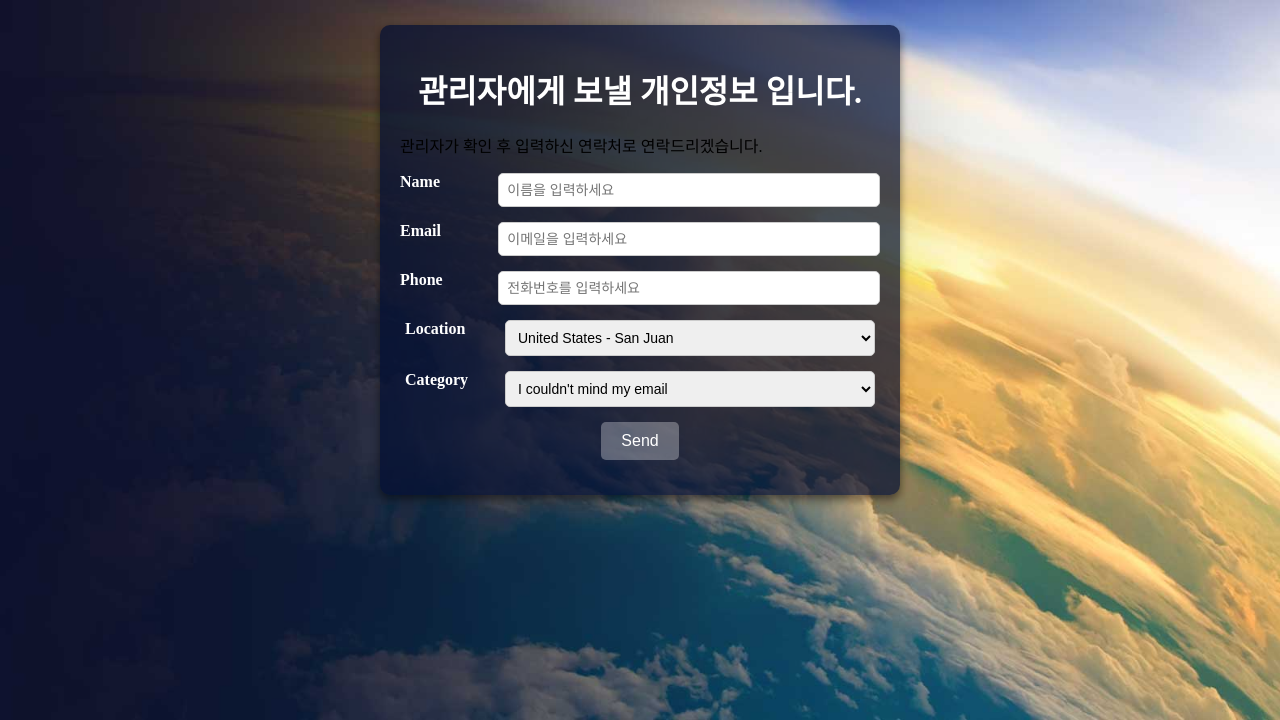
Repository: leeboseok/proposal-board
Page: http://localhost/ProposalSys/admincontact.jsp
An editor plug-in stored every save of this project. The page is shown before and after the next save, followed by the edit.
The browser window is 1280 px wide. The pictures show the whole page.
The page is served by Tomcat 9. Other server files are loaded and not shown.

Above is the page before, as saved 2024-08-09 04:51:00.

### ProposalSys/src/main/webapp/admincontact.jsp
<%@ page language="java" contentType="text/html; charset=UTF-8"
    pageEncoding="UTF-8"%>
<!DOCTYPE html>
<html>
	<head>
		<meta charset="UTF-8">
		<title>관리자 컨택</title>
		<link rel="stylesheet" href="css/admincontact.css">
		<style>
		</style>
	</head>
	<body>
		<div id="wrap">
			<h1>관리자에게 보낼 개인정보 입니다.</h1>
			<p>관리자가 확인 후 입력하신 연락처로 연락드리겠습니다.</p>
			<form class="form" method="get" action="admincontactprogress.jsp">
				<div>
					<span>Name</span>
					<input type="text" name="name" placeholder="이름을 입력하세요" required>
				</div>
				<div>
					<span>Email</span>
					<input type="email" name="email" placeholder="이메일을 입력하세요" required>
				</div>
				<div>
					<span>Phone</span>
					<input type="text" name="phone" placeholder="전화번호를 입력하세요">
				</div>
				<div>
					<span>Location</span>
					<select name="location">
                        <option value="United States - San Juan">United States - San Juan</option>
                        <option value="United States - California-Walnut Creek">United States - California-Walnut Creek</option>
                        <option value="United States - California-Woodlang Hills">United States - California-Woodlang Hills</option>
                        <option value="United States - Colorado-Denver">United States - Colorado-Denver</option>
                        <option value="United States - Connecticut-Burlington">United States - Connecticut-Burlington</option>
                        <option value="United States - Connecticut-Coventry">United States - Connecticut-Coventry</option>
                        <option value="United States - Connecticut-Newington">United States - Connecticut-Newington</option>
                        <option value="United States - Connecticut-Norwalk">United States - Connecticut-Norwalk</option>
                        <option value="United States - Georgia-Alpharetta">United States - Georgia-Alpharetta</option>
                        <option value="United States - Georgia-Rome">United States - Georgia-Rome</option>
                        <option value="United States - Illinois-Park Ridge">United States - Illinois-Park Ridge</option>
                        <option value="United States - Illinois-Peoria">United States - Illinois-Peoria</option>
                        <option value="United States - Indiana-Indianapolis">United States - Indiana-Indianapolis</option>
                        <option value="United States - Indiana-Merrillville">United States - Indiana-Merrillville</option>
                        <option value="United States - Indiana-South Bend">United States - Indiana-South Bend</option>
                        <option value="United States - lowa-Cedar Rapids">United States - lowa-Cedar Rapids</option>
                        <option value="United States - lowa-Davenport">United States - lowa-Davenport</option>
                        <option value="United States - lowa-Des Moines">United States - lowa-Des Moines</option>
                        <option value="United States - lowa-Sioux City">United States - lowa-Sioux City</option>
                        <option value="United states - Kansas-Topeka">United states - Kansas-Topeka</option>
                        <option value="United States - Kansas-Wichita">United States - Kansas-Wichita</option>
                        <option value="United States - Kentucky-Louisville">United States - Kentucky-Louisville</option>
                        <option value="United States - Maryland-Frederick">United States - Maryland-Frederick</option>
                        <option value="United States - Maryland-Gaithersburg">United States - Maryland-Gaithersburg</option>
                        <option value="United States - Massachusetts-Boston">United States - Massachusetts-Boston</option>
                        <option value="United States - Massachusetts-Norwood">United States - Massachusetts-Norwood</option>
                        <option value="United States - Massachusetts-Wakefield">United States - Massachusetts-Wakefield</option>
                        <option value="United States - Massachusetts-Waltham">United States - Massachusetts-Waltham</option>
                        <option value="United States - Michigan-Detroit">United States - Michigan-Detroit</option>
                        <option value="United States - Michigan-Grand Rapids">United States - Michigan-Grand Rapids</option>
                        <option value="United States - Michigan-Lansing">United States - Michigan-Lansing</option>
                        <option value="United States - Minnesota-Plymouth">United States - Minnesota-Plymouth</option>
                        <option value="United States - Missouri-Creve Coeur">United States - Missouri-Creve Coeur</option>
                        <option value="United States - Missouri-Kansas City">United States - Missouri-Kansas City</option>
                        <option value="United States - Missouri-St.Louis">United States - Missouri-St.Louis</option>
                        <option value="United States - Nebraska-Omaha">United States - Nebraska-Omaha</option>
                        <option value="United States - New Hampshire-Portsmouth">United States - New Hampshire-Portsmouth</option>
                        <option value="United States - New Jersey-Parsippany">United States - New Jersey-Parsippany</option>
                        <option value="United States - New York-Albany">United States - New York-Albany</option>
                        <option value="United States - New York-Rochester">United States - New York-Rochester</option>
                        <option value="United States - Ohio-Cincinnati">United States - Ohio-Cincinnati</option>
                        <option value="United States - Ohio-Cleveland">United States - Ohio-Cleveland</option>
                        <option value="United States - Ohio-North Olmsted">United States - Ohio-North Olmsted</option>
                        <option value="United States - Ohio-Toledo">United States - Ohio-Toledo</option>
                        <option value="United States - Oregon-Portland">United States - Oregon-Portland</option>
                        <option value="United States - Pennsylvania-Harrisburg">United States - Pennsylvania-Harrisburg</option>
                        <option value="United States - Pennsylvania-Malvern">United States - Pennsylvania-Malvern</option>
                        <option value="United States - Pennsylvania-York">United States - Pennsylvania-York</option>
                        <option value="United States - Rhode Island-Providence">United States - Rhode Island-Providence</option>
                        <option value="United States - Rhode Island-West Glocester">United States - Rhode Island-West Glocester</option>
                        <option value="United States - South Dakota-Sioux Falls">United States - South Dakota-Sioux Falls</option>
                        <option value="United States - Texas-Frisco">United States - Texas-Frisco</option>
                        <option value="United States - Houston">United States - Houston</option>
                        <option value="United States - Virginia-Reston">United States - Virginia-Reston</option>
                        <option value="United States - Virginia-Roanoke">United States - Virginia-Roanoke</option>
                        <option value="United States - Washington-Bellevue">United States - Washington-Bellevue</option>
                        <option value="United States - Wisconsin-Green Bay">United States - Wisconsin-Green Bay</option>
                        <option value="United States - Wisconsin-Madison">United States - Wisconsin-Madison</option>
                        <option value="United States - Wisconsin-Milwaukee">United States - Wisconsin-Milwaukee</option>
                        <option value="Argentina">Argentina</option>
                        <option value="Australia-New South Wales-Sydney">Australia-New South Wales-Sydney</option>
                        <option value="Australia-Queensland-Brisbane">Australia-Queensland-Brisbane</option>
                        <option value="Australia-Victoria-Melbourne">Australia-Victoria-Melbourne</option>
                        <option value="Austria">Austria</option>
                        <option value="Belgium-Brussels">Belgium-Brussels</option>
                        <option value="Belgium-Debroux">Belgium-Debroux</option>
                        <option value="Belgium-Brussels-Capital Region-Brussels">Belgium-Brussels-Capital Region-Brussels</option>
                        <option value="Brazil-Sao Paulo-Sao Paulo">Brazil-Sao Paulo-Sao Paulo</option>
                        <option value="Brazil-Sao Paulo-Vila Olimpia">Brazil-Sao Paulo-Vila Olimpia</option>
                        <option value="Canada-Alberta">Canada-Alberta</option>
                        <option value="Canada-British Columbia-Vancouver">Canada-British Columbia-Vancouver</option>
                        <option value="Canada-Manitoba-Winnipeg">Canada-Manitoba-Winnipeg</option>
                        <option value="Canada-Nova Scotia-Halifax">Canada-Nova Scotia-Halifax</option>
                        <option value="Canada-Ontario-Thornhill">Canada-Ontario-Thornhill</option>
                        <option value="Canada-Ontario-Vaughan">Canada-Ontario-Vaughan</option>
                        <option value="Canada-Quebec-Montreal">Canada-Quebec-Montreal</option>
                        <option value="Chile">Chile</option>
                        <option value="Chile-Region Metropolitana de Santiago">Chile-Region Metropolitana de Santiago</option>
                        <option value="China-Beijing">China-Beijing</option>
                        <option value="China-Shanghai">China-Shanghai</option>
                        <option Value="Colombia-Bogota">Colombia-Bogota</option>
                        <option value="Colombia">Colombia</option>
                        <option value="Czech Republic">Czech Republic</option>
                        <option value="Denmark">Denmark</option>
                        <option value="Egypt">Egypt</option>
                        <option value="Finland">Finland</option>
                        <option value="France-Metz-Tessy">France-Metz-Tessy</option>
                        <option value="France-Paris La Defense Cedex">France-Paris La Defense Cedex</option>
                        <option value="France-Paris">France-Paris</option>
                        <option value="France-Haute-Savoie-Mety-Tessy">France-Haute-Savoie-Mety-Tessy</option>
                        <option value="Germany-Frankfurt">Germany-Frankfurt</option>
                        <option value="Hong Kong-Mongkok">Hong Kong-Mongkok</option>
                        <option value="Hungary">Hungary</option>
                        <option value="India-Karnataka-Bangalulu">India-Karnataka-Bangalulu</option>
                        <option value="Ireland">Ireland</option>
                        <option value="Ireland-Dublin">Ireland-Dublin</option>
                        <option value="Italy-Milano">Italy-Milano</option>
                        <option value="Japan-Kanagawa-Yokohama">Japan-Kanagawa-Yokohama</option>
                        <option value="South Korea-Seoul">South Korea-Seoul</option>
                        <option value="Luxembourg">Luxembourg</option>
                        <option value="Malaysia-Kuala Kumpur">Malaysia-Kuala Kumpur</option>
                        <option value="Mexico-Nuevo Leon-Monterrey">Mexico-Nuevo Leon-Monterrey</option>
                        <option value="Mexico-Nuevo Leon-San Pedro">Mexico-Nuevo Leon-San Pedro</option>
                        <option value="Mexico-Nuevo Leon-San Pedro Garza Garcia">Mexico-Nuevo Leon-San Pedro Garza Garcia</option>
                        <option value="Netherlands-Amsterdam">Netherlands-Amsterdam</option>
                        <option value="New Zealand">New Zealand</option>
                        <option value="Philippines-Quezon City,Metro Manilla">Philippines-Quezon City,Metro Manilla</option>
                        <option value="Poland">Poland</option>
                        <option value="Portugal">Portugal</option>
                        <option value="Romania">Romania</option>
                        <option value="Russia-Moscow">Russia-Moscow</option>
                        <option value="Singapore">Singapore</option>
                        <option value="Slovakia">Slovakia</option>
                        <option value="South Africa-Johannesburg">South Africa-Johannesburg</option>
                        <option value="Spain-Madrid">Spain-Madrid</option>
                        <option value="Sweden-Stockholm">Sweden-Stockholm</option>
                        <option value="Switzerland-Bern">Switzerland-Bern</option>
                        <option value="Switzerland">Switzerland</option>
                        <option value="Thailand">Thailand</option>
                        <option value="Turkey-Atasehir">Turkey-Atasehir</option>
                        <option value="United Arab Emirates-Abu Dhabi">United Arab Emirates-Abu Dhabi</option>
                        <option value="United Kingdom-London">United Kingdom-London</option>
                        <option value="United Kingdom-Maidenhead">United Kingdom-Maidenhead</option>
                        <option value="United Kingdom-Manchester">United Kingdom-Manchester</option>
                        <option value="United Kingdom-Windsor and maidenhead-Windsor">United Kingdom-Windsor and maidenhead-Windsor</option>
                        <option value="Vietnam">Vietnam</option>
                    </select>
				</div>
				<div>
	                <span>Category</span>
	                <select name="category" required>
	                    <option value="I couldn't mind my email">I couldn't mind my email</option>
	                    <option value="I forgot my password">I forgot my password</option>
	                    <option value="other">Other</option>
	                </select>
           		</div>
				<div>
					<input type="submit" value="Send">
				</div>
			</form>
		</div>
	</body>
</html>

### ProposalSys/src/main/webapp/css/admincontact.css
@charset "UTF-8";

html, body {
    height: 100%;
    margin: 0;
}
html {
    background-image: url('../images/hero-earth.jpg');
    background-size: cover;
    background-position: center;
    background-repeat: no-repeat;
}

body {
    display: flex;
    justify-content: center;
    align-items: center;
}
#wrap {
    width: 480px;
    padding: 20px;
    background-color: rgba(0,14,51,0.7);
    border-radius: 10px;
    box-shadow: 0 4px 8px rgba(0, 0, 0, 0.5);
    transform: translateY(-100px)
}
#wrap form {
    display: flex;
    flex-direction: column;
}

#wrap form div {
    margin-bottom: 15px;
    display: flex;
    justify-content: center;
}

#wrap form span {
    width: 100px;
    display: inline-block;
    font-weight: bold;
    color: white;
}

#wrap form input[type="text"],
#wrap form input[type="email"],
#wrap form select,
#wrap form textarea {
    padding: 8px;
    width: calc(100% - 110px);
    border: 1px solid #ccc;
    border-radius: 5px;
    font-size: 14px;
}

#wrap form textarea {
    resize: vertical;
}

#wrap form input[type="submit"] {
    background-color:rgba(255, 255, 255, 0.3);
    color: white;
    border: none;
    padding: 10px 20px;
    cursor: pointer;
    border-radius: 5px;
    font-size: 16px;
}

#wrap form input[type="submit"]:hover {
    background-color:rgba(255, 255, 255, 0.5);
}
h1{
	text-align:center;
	color:white;
	font-weight:bold;
}

After the next save:
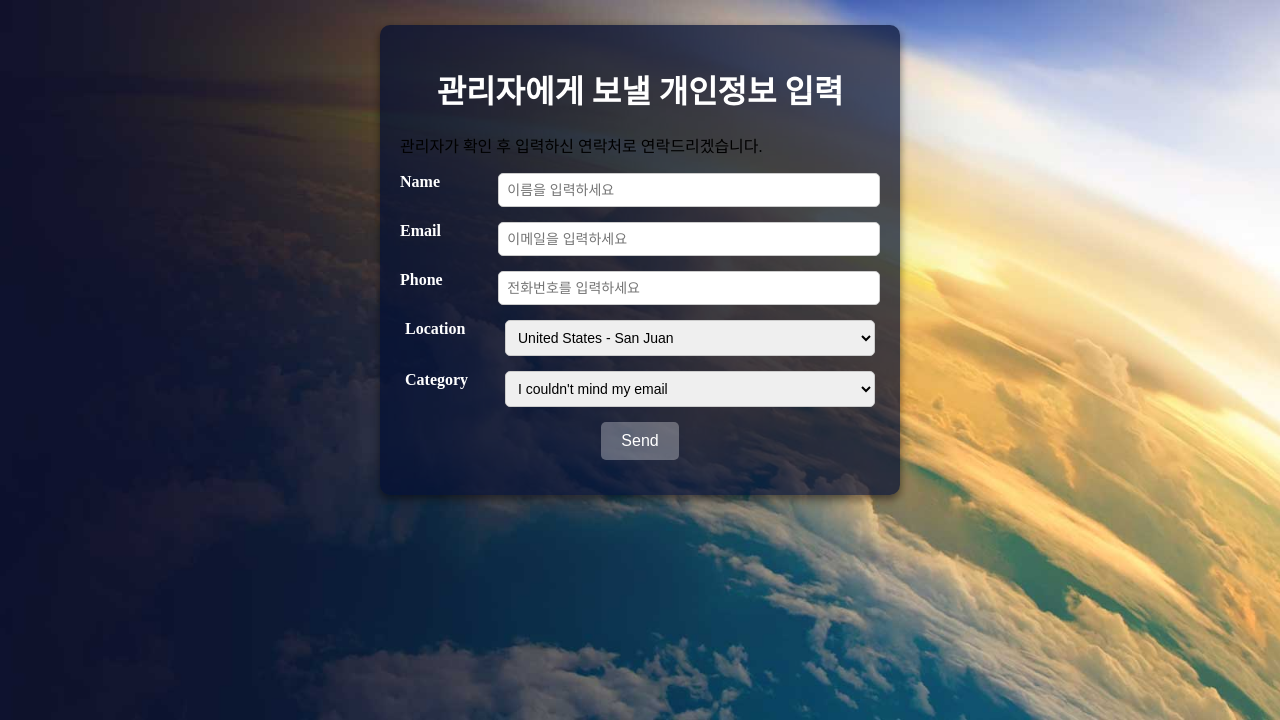
Saved 26 s later.
--- a/ProposalSys/src/main/webapp/admincontact.jsp
+++ b/ProposalSys/src/main/webapp/admincontact.jsp
@@ -11,7 +11,7 @@
 	</head>
 	<body>
 		<div id="wrap">
-			<h1>관리자에게 보낼 개인정보 입니다.</h1>
+			<h1>관리자에게 보낼 개인정보 입력</h1>
 			<p>관리자가 확인 후 입력하신 연락처로 연락드리겠습니다.</p>
 			<form class="form" method="get" action="admincontactprogress.jsp">
 				<div>
